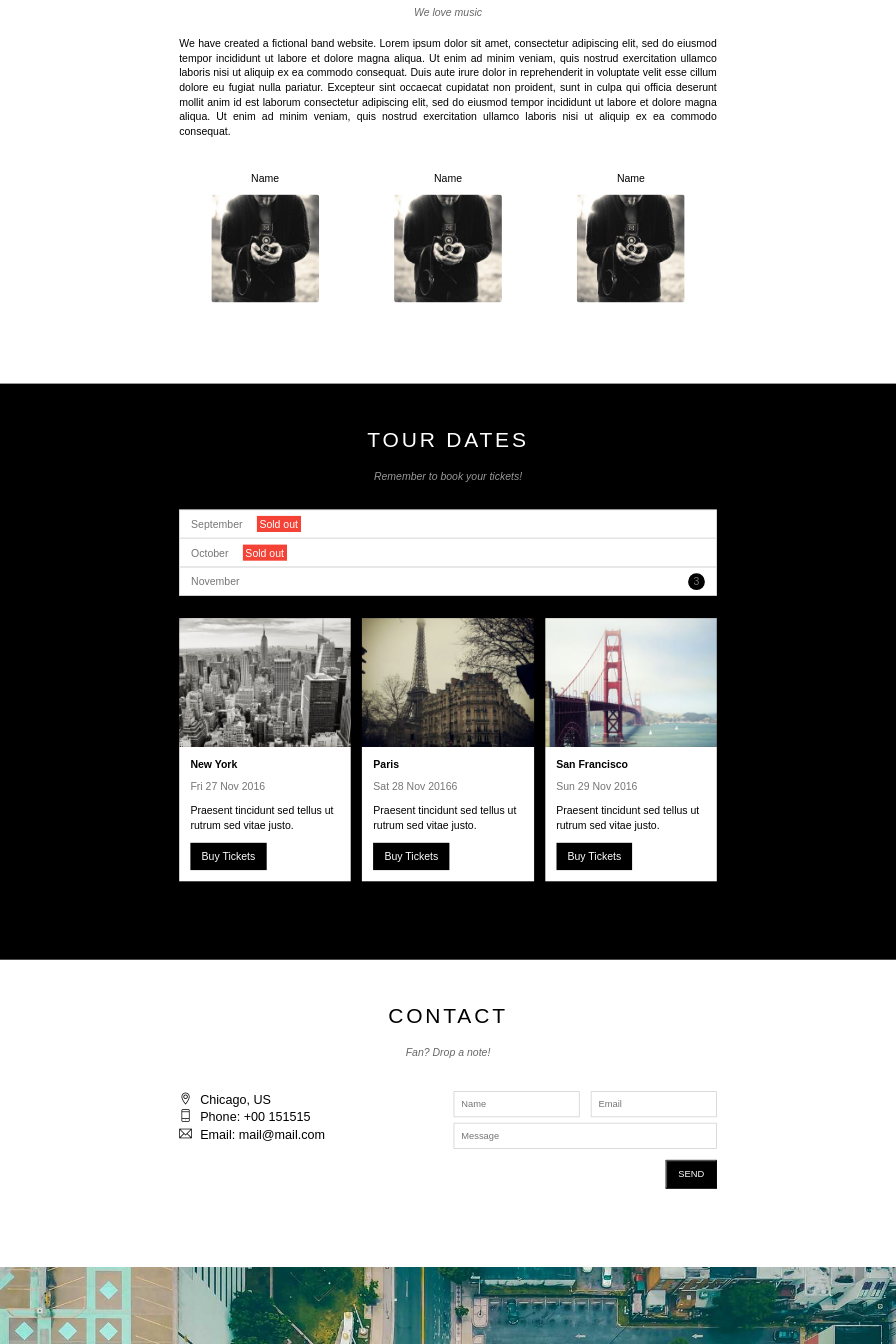
Repository: BrandonTuan777/The_Band
Page: index.html
An editor plug-in stored every save of this project. The page is shown before and after a run of saves, followed by the edit.
The browser window is 1280 px wide. The pictures show the part of the page from y = 800 to 2720 px (the page is 3524 px tall before and 3540 px after), at 70% of full size.

Above is the page before, as saved 2022-04-12 21:31:33.

### index.html
<!DOCTYPE html>
<html lang="en">
  <head>
    <meta charset="UTF-8" />
    <meta http-equiv="X-UA-Compatible" content="IE=edge" />
    <meta name="viewport" content="width=device-width, initial-scale=1.0" />
    <title>The Band</title>
    <link
      rel="shortcut icon"
      type="image/jpg"
      href="./assets/img/favicon/01d1b4547ce03c3ec499c827caac4a72.jpg"
    />
    <link rel="stylesheet" href="./assets/css/styles.css" />
    <link rel="stylesheet" href="./assets/css/responsive.css" />

    <link
      rel="stylesheet"
      href="./assets//fonts/themify-icons/themify-icons.css"
    />
  </head>
  <body>
    <div id="main">
      <div id="header">
        <!-- Begin:Nav -->
        <ul id="nav">
          <li><a href="#">Home</a></li>
          <li><a href="#band">Band</a></li>
          <li><a href="#tour">Tour</a></li>
          <li><a href="#contact">Contact</a></li>
          <li>
            <a href="#">
              More
              <i class="nav-arrow-down ti-angle-down"></i>
            </a>
            <ul class="subnav">
              <li><a href="#">Merchandise</a></li>
              <li><a href="#">Extras</a></li>
              <li><a href="#">Media</a></li>
            </ul>
          </li>
        </ul>
        <!-- End:Nav -->

        <!-- Begin:Search button -->
        <div class="search-btn">
          <i class="search-icon ti-search"></i>
        </div>

        <div id="mobile-menu" class="mobile-menu-btn">
          <i class="menu-icon ti-menu"></i>
        </div>
        <!-- End:Search button -->
      </div>

      <div id="slider">
        <div class="text-content">
          <h2 class="text-heading">New York</h2>
          <div class="text-description">
            The atmosphere in New York is lorem ipsum.
          </div>
        </div>
      </div>

      <div id="content">
        <!--About section  -->
        <div id="band" class="content-section">
          <h2 class="section-heading">THE BAND</h2>
          <p class="section-sub-heading">We love music</p>
          <p class="about-text">
            We have created a fictional band website. Lorem ipsum dolor sit
            amet, consectetur adipiscing elit, sed do eiusmod tempor incididunt
            ut labore et dolore magna aliqua. Ut enim ad minim veniam, quis
            nostrud exercitation ullamco laboris nisi ut aliquip ex ea commodo
            consequat. Duis aute irure dolor in reprehenderit in voluptate velit
            esse cillum dolore eu fugiat nulla pariatur. Excepteur sint occaecat
            cupidatat non proident, sunt in culpa qui officia deserunt mollit
            anim id est laborum consectetur adipiscing elit, sed do eiusmod
            tempor incididunt ut labore et dolore magna aliqua. Ut enim ad minim
            veniam, quis nostrud exercitation ullamco laboris nisi ut aliquip ex
            ea commodo consequat.
          </p>
          <div class="row member-list">
            <div class=" member-item  text-center col  col-third ">
            <p class="member-name">Name</p>
              <img
                class="member-img"
                src="./assets/img/team/member1.jpg"
                alt=""
              />
            </div>
            <div class=" member-item text-center col  col-third ">
              <p class="member-name">Name</p>
              <img
                class="member-img"
                src="./assets/img/team/member1.jpg"
                alt=""
              />
            </div>
            <div class=" member-item text-center col  col-third ">
              <p class="member-name">Name</p>
              <img
                class="member-img"
                src="./assets/img/team/member1.jpg"
                alt=""
              />
            </div>
          </div>
        </div>
        <!-- Tour section -->
        <div id="tour" class="tour-section">
          <div class="content-section">
            <h2 class="section-heading text-white">TOUR DATES</h2>
            <p class="section-sub-heading text-white">
              Remember to book your tickets!
            </p>
            <!-- Tickets -->
            <ul class="ticket-list">
              <li>September <span class="sold-out">Sold out</span></li>
              <li>October <span class="sold-out">Sold out</span></li>
              <li>November <span class="quantity">3</span></li>
            </ul>

            <!-- Places -->
            <div class="row places-list">
              <div class="col s-col-full col-third mt-16">
                <img
                  src="./assets/img/places/places1.jpg"
                  alt=""
                  class="place-img"
                />
                <div class="place-body">
                  <h3 class="place-heading">New York</h3>
                  <p class="place-time">Fri 27 Nov 2016</p>
                  <p class="place-description">
                    Praesent tincidunt sed tellus ut rutrum sed vitae justo.
                  </p>
                  <a href="#" class="btn">Buy Tickets</a>
                </div>
              </div>
              <div class="col s-col-full col-third mt-16">
              <img
                  src="./assets/img/places/places2.jpg"
                  alt=""
                  class="place-img"
                />
                <div class="place-body">
                  <h3 class="place-heading">Paris</h3>
                  <p class="place-time">Sat 28 Nov 20166</p>
                  <p class="place-description">
                    Praesent tincidunt sed tellus ut rutrum sed vitae justo.
                  </p>
                  <a href="#" class="btn">Buy Tickets</a>
                </div>
              </div>
              <div class="col s-col-full col-third mt-16">
              <img
                  src="./assets/img/places/places3.jpg"
                  alt=""
                  class="place-img"
                />
                <div class="place-body">
                  <h3 class="place-heading">San Francisco</h3>
                  <p class="place-time">Sun 29 Nov 2016</p>
                  <p class="place-description">
                    Praesent tincidunt sed tellus ut rutrum sed vitae justo.
                  </p>
                  <a href="#" class="btn">Buy Tickets</a>
                </div>
              </div>
            </div>
          </div>
        </div>
        <!--Begin: Contact section -->
        <div id="contact" class="content-section">
          <h2 class="section-heading">CONTACT</h2>
          <p class="section-sub-heading">Fan? Drop a note!</p>
          <div class="row contact-content">
            <div class="col col-half contact-info">
              <p><i class="ti-location-pin"></i>Chicago, US</p>
              <p><i class="ti-mobile"></i>Phone: +00 151515</p>
              <p><i class="ti-email"></i>Email: mail@mail.com</p>
            </div>
            <div class="col col-half contact-form">
              <form action="">
                <div class="row">
                  <div class="col col-half">
                    <input
                      type="text"
                      name=""
                      id=""
                      required
                      placeholder="Name"
                      class="form-control"
                    />
                  </div>
                  <div class="col col-half">
                    <input
                      type="email"
                      name=""
                      id=""
                      required
                      placeholder="Email"
                      class="form-control"
                    />
                  </div>
                </div>
                <div class="row mt-8">
                  <div class="col col-full">
                    <input
                      type="text"
                      name=""
                      id=""
                      required
                      placeholder="Message"
                      class="form-control"
                    />
                  </div>
                </div>
                <input
                  class="pull-rigth btn mt-16"
                  type="submit"
                  value="SEND"
                />
              </form>
            </div>
          </div>
        </div>
        <!--End: Contact section -->
        <div class="map-section">
          <img src="./assets/img/map/map.jpg" alt="" />
        </div>
      </div>
      <!-- Footer -->
      <div id="footer">
        <div class="social">
          <a href=""><i class="ti-facebook"></i></a>
          <a href=""><i class="ti-instagram"></i></a>
          <a href=""><i class="ti-youtube"></i></a>
          <a href=""><i class="ti-pinterest"></i></a>
          <a href=""><i class="ti-twitter-alt"></i></a>
          <a href=""><i class="ti-linkedin"></i></a>
        </div>
        <p class="copy-right">
          Powered by
          <a href="https://www.w3schools.com/w3css/default.asp" target="_blank"
            >w3.css</a
          >
        </p>
      </div>
    </div>
    <script>
      var header = document.getElementById("header");
      var mobileMenu = document.getElementById("mobile-menu");
      var headerHeight = header.clientHeight;

      // Đóng mở mobile menu
      mobileMenu.onclick = () => {
        var isClosed = header.clientHeight === headerHeight;
        if (isClosed) {
          header.style.height = "auto";
        } else {
          header.style.height = null;
        }
      };
      //Tự động đóng
      var menuItems = document.querySelectorAll('#nav li a[href*="#"]');
      console.log(menuItems);

      for (var i = 0; i < menuItems.length; i++) {
        var menuItem = menuItems[i];

        console.log(menuItem);
        menuItem.onclick = function () {
          var isParentMenu =  this.nextElementSibling &&  this.nextElementSibling.classList.contains("subnav");
          if (isParentMenu) {
            event.preventDefault();
          } else {
            header.style.height = null;
          }
        };
      }
    </script>
  </body>
</html>

### assets/css/styles.css
/* Reset CSS */
* {
  padding: 0;
  margin: 0;
  box-sizing: border-box;
}

html {
  font-family: Arial, Helvetica, sans-serif;
  scroll-behavior: smooth;
}

/* Common */
.clear {
  clear: both;
}

.text-white {
  color: #fff !important;
}

.row {
  margin-left: -8px;
  margin-right: -8px;
}

.row::after {
  content: "";
  display: block;
  clear: both;
}

.col-half {
  width: 50%;
}

.col-full {
  width: 100%;
}

.col {
  float: left;
  padding-left: 8px;
  padding-right: 8px;
}

.col-third {
  width: 33.333%;
}

.text-center {
  text-align: center !important;
}

.mt-8 {
  margin-top: 8px !important;
}

.mt-16 {
  margin-top: 16px !important;
}

.btn {
  color: #fff;
  background-color: #000;
  text-decoration: none;
  padding: 11px 16px;
  display: inline-block;
  margin-top: 15px;
}

.btn:hover {
  color: #000;
  background-color: #757575;
  border: none;
}

.pull-rigth {
  float: right !important;
}

/* Main */
#main {
}

#header {
  position: fixed;
  top: 0;
  left: 0;
  right: 0;
  height: 46px;
  background-color: #000;
  z-index: 1;

}

#nav {
  display: inline-block;
}

#nav,
.subnav {
  list-style: none;
}

#nav > li {
  display: inline-block;
}

#nav li {
  position: relative;
}

#nav > li > a {
  color: white;
  text-transform: uppercase;
}

#nav li a {
  text-decoration: none;
  line-height: 46px;
  padding: 0 24px;
  display: block;
}

#nav li:hover .subnav {
  display: block;
}

#nav .subnav li:hover a,
#nav > li:hover > a {
  color: #000;
  background-color: #ccc;
}

#nav .subnav {
  display: none;
  min-width: 160px;
  top: 100%;
  left: 0;
  position: absolute;
  background-color: #fff;
  box-shadow: 0 0 10px rgba(0, 0, 0, 0.3);
}

#nav .subnav a {
  color: #000;
  padding: 0 12px;
  line-height: 38px;
}

#nav .nav-arrow-down {
  font-size: 11px;
}

#header .mobile-menu-btn {
  position: absolute;
  top: 0;
  right: 0;
  display: none;
}

#header .mobile-menu-btn,
#header .search-btn {
  float: right;
  padding: 0 21px;
}

#header .search-btn:hover {
  background-color: red;
  cursor: pointer;
}

#header .mobile-menu-btn:hover {
  background-color: #ccc;
}

#header .mobile-menu-btn:hover .menu-icon {
  color: #000;
}

#header .menu-icon,
#header .search-icon {
  color: #ccc;
  font-size: 20px;
  line-height: 46px;
}

#slider {
  position: relative;
  margin-top: 46px;
  padding-top: 50%;
  background: url("/assets/img/slider/slider1.jpg") top center / cover no-repeat;
}

#slider .text-content {
  position: absolute;
  bottom: 47px;
  color: #fff;
  text-align: center;
  /* transform: translateX(-50%);
  left: 50%; */
  width: 100%;
}

#slider .text-heading {
  font-weight: 500;
  font-size: 25px;
}

#slider .text-description {
  font-size: 15px;
  margin-top: 25px;
}

#content {
}

#content .content-section {
  width: 800px;
  max-width: 100%;
  padding: 64px 0 112px;
  margin-left: auto;
  margin-right: auto;
  padding-left: 16px;
  padding-right: 16px;
}

#content .section-heading {
  font-size: 30px;
  text-align: center;
  font-weight: 500;
  letter-spacing: 4px;
}
#content .section-sub-heading {
  font-size: 15px;
  text-align: center;
  margin-top: 25px;
  font-style: italic;
  opacity: 0.6;
}

#content .about-text {
  margin-top: 25px;
  font-size: 15px;
  text-align: justify;
  line-height: 1.4;
}

#content .member-list {
  margin-top: 48px;
}

#content .member-item {
  text-align: center;
}

#content .member-name {
  font-size: 15px;
}

#content .member-img {
  width: 154px;
  margin-top: 15px;
  border-radius: 4px;
}

/* Tour section */
.tour-section {
  background-color: #000;
}

.ticket-list {
  margin-top: 40px;
  background-color: #fff;
}

.ticket-list li {
  font-size: 15px;
  padding: 11px 16px;
  border: 1px solid #ddd;
  color: #757575;
  list-style: none;
}

.ticket-list .sold-out {
  background-color: #f44336 !important;
  color: #fff;
  padding: 3px 4px;
  margin-left: 16px;
}

.ticket-list .quantity {
  float: right;
  width: 24px;
  height: 24px;
  background-color: #000;
  border-radius: 50%;
  text-align: center;
  line-height: 24px;
  margin-top: -3px;
}

/* Places */

.places-list {
  margin-top: 16px;
}
.place-img {
  width: 100%;
  display: block;
}
.place-img:hover {
  opacity: 0.6;
}
.place-body {
  padding: 16px;
  font-size: 15px;
  background-color: #fff;
}
.place-heading {
  font-size: 15px;
  font-weight: 600;
}
.place-time {
  margin-top: 15px;
  color: #757575;
}
.place-description {
  margin-top: 15px;
  line-height: 1.4;
}

/* Contact form */

.contact-content {
  margin-top: 48px;
}

.contact-info {
  font-size: 18px;
  line-height: 1.4;
}
.contact-info i[class*="ti-"] {
  width: 30px;
  display: inline-block;
}

.contact-form {
  font-size: 15px;
}

.contact-form .form-control {
  border: 1px solid #ccc;
  width: 100%;
  padding: 10px;
}

/* Map section */

.map-section img {
  width: 100%;
}

#footer {
  padding: 64px 16px;
  text-align: center;
}

#footer .social {
  font-size: 20px;
  margin-bottom: 20px;
}

#footer .social a {
  color: rgba(0, 0, 0, 0.6);
  text-decoration: none;
}

#footer .copy-right:hover,
#footer .social a:hover {
  color: rgba(0, 0, 0, 0.4);
}

#footer .copy-right {
  color: rgba(0, 0, 0, 0.6);
}

#footer .copy-right a {
  color: rgba(0, 0, 0, 0.6);
}

### assets/css/responsive.css
/* PC */
@media (min-width: 1024px) {
}
/* Tablet */
@media (min-width: 740px) and (max-width: 1023px) {
}
/* Mobile */

@media (max-width: 740px) {
  #header {
    overflow: hidden;
  }
  #header .mobile-menu-btn {
    display: block;
  }
  #nav li a {
    padding: 1px 24px;
  }

  #header .search-btn {
    display: none;
  }

  #nav {
    display: block;
  }

  #nav > li {
    display: block;
  }
  #nav > li:first-child {
    display: inline-block;
  }
  #nav .subnav {
    position: initial;
    background-color: #333;
  }
  #nav .subnav a {
    color: #fff;
    padding: 5px 41px;
  }


  #content .member-img{
      width: 60%;
  }
  .s-col-full{
      width: 100%;
  }

}

Loaded but not shown: assets/fonts/themify-icons/themify-icons.css (common file)

After the next 6 saves:
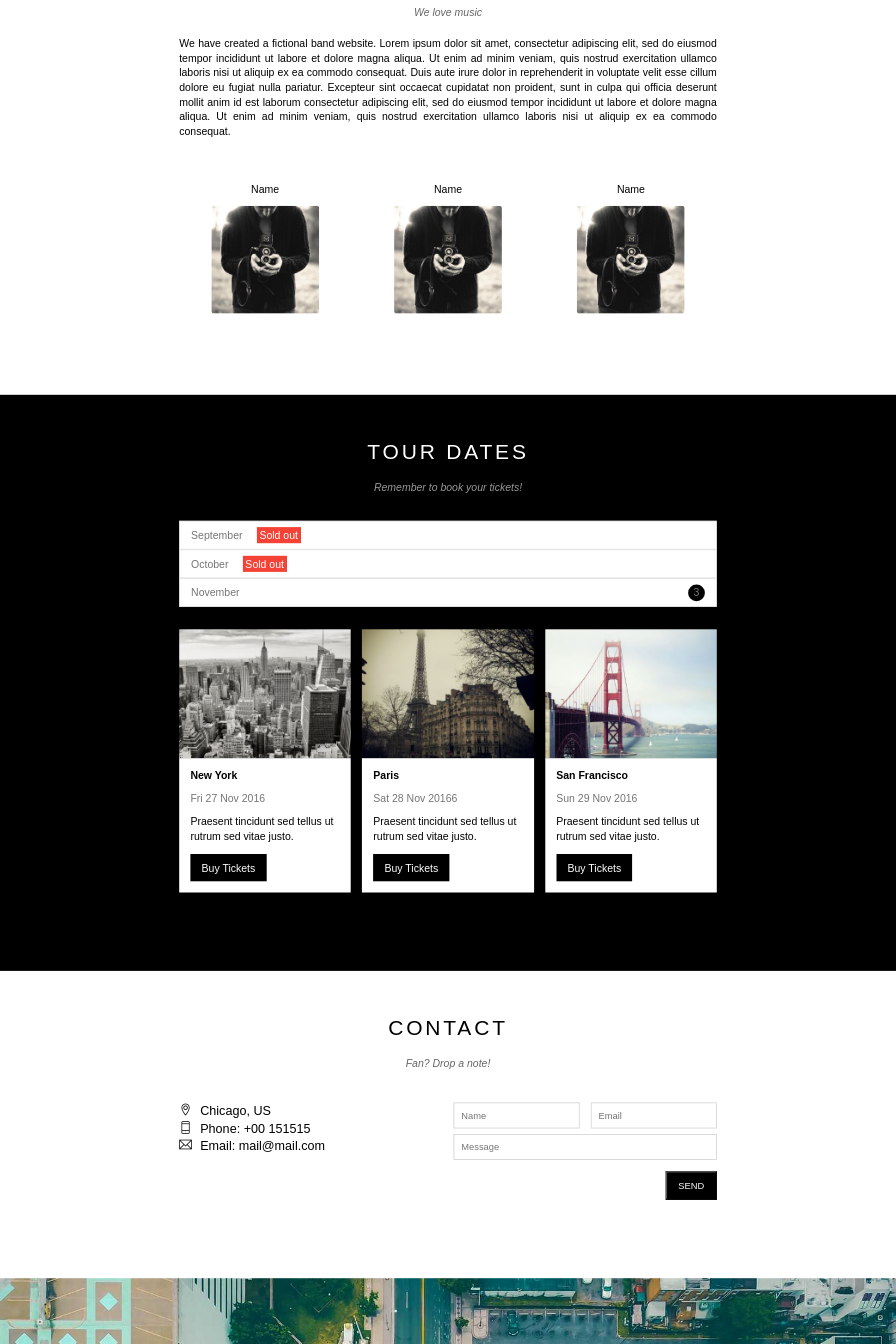
The 6 saves are shown as one change because they came seconds apart.
The last was saved 19 s later.
--- a/index.html
+++ b/index.html
@@ -80,7 +80,7 @@
             ea commodo consequat.
           </p>
           <div class="row member-list">
-            <div class=" member-item  text-center col  col-third ">
+            <div class=" member-item  text-center  s-col-full mt-16 col  col-third ">
             <p class="member-name">Name</p>
               <img
                 class="member-img"
@@ -88,7 +88,7 @@
                 alt=""
               />
             </div>
-            <div class=" member-item text-center col  col-third ">
+            <div class=" member-item text-center  s-col-full mt-16 col  col-third ">
               <p class="member-name">Name</p>
               <img
                 class="member-img"
@@ -96,7 +96,7 @@
                 alt=""
               />
             </div>
-            <div class=" member-item text-center col  col-third ">
+            <div class=" member-item text-center  s-col-full mt-16 col  col-third ">
               <p class="member-name">Name</p>
               <img
                 class="member-img"

After the 2 saves that followed:
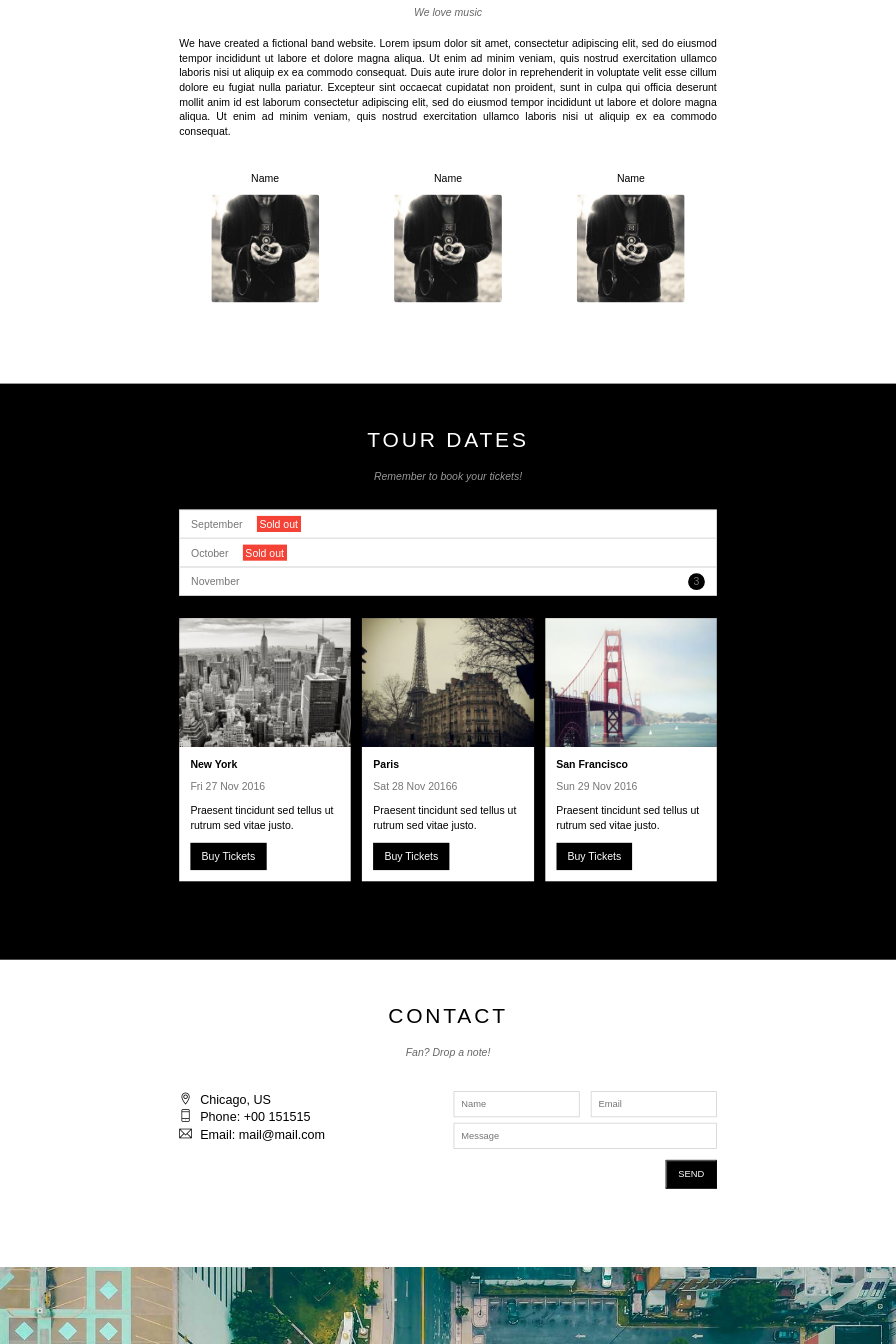
The 2 saves are shown as one change because they came seconds apart.
The last was saved 39 s later.
--- a/assets/css/styles.css
+++ b/assets/css/styles.css
@@ -248,7 +248,7 @@ html {
 }
 
 #content .member-list {
-  margin-top: 48px;
+  margin-top: 32px;
 }
 
 #content .member-item {
